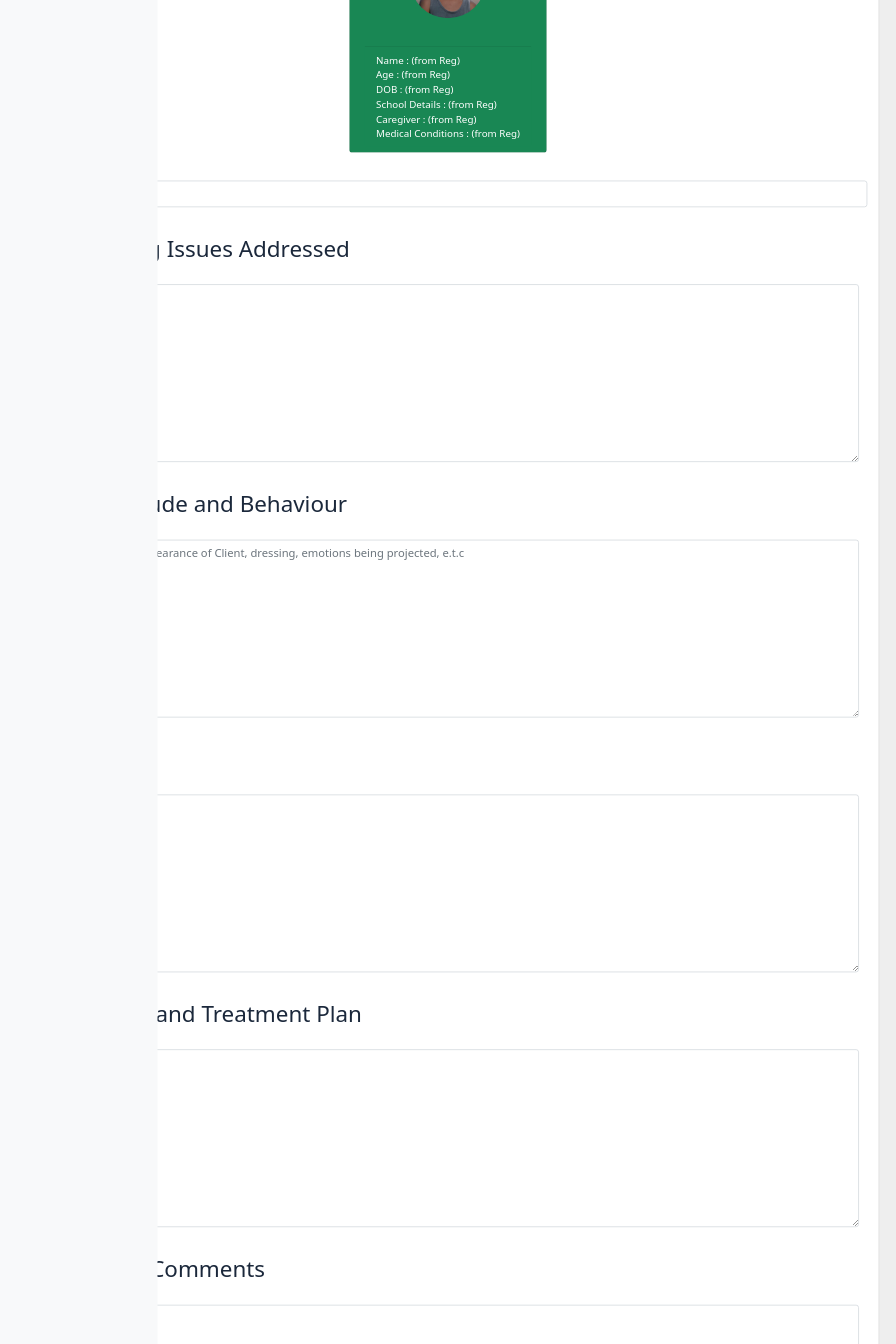
Repository: SRFtech/mis-designs
Page: counselling.html
An editor plug-in stored every save of this project. The page is shown before and after the next save, followed by the edit.
The browser window is 1280 px wide. The pictures show the part of the page from y = 580 to 2500 px (the page is 3045 px tall before and 3053 px after), at 70% of full size.

Above is the page before, as saved 2022-04-10 22:23:26.

After the next save:
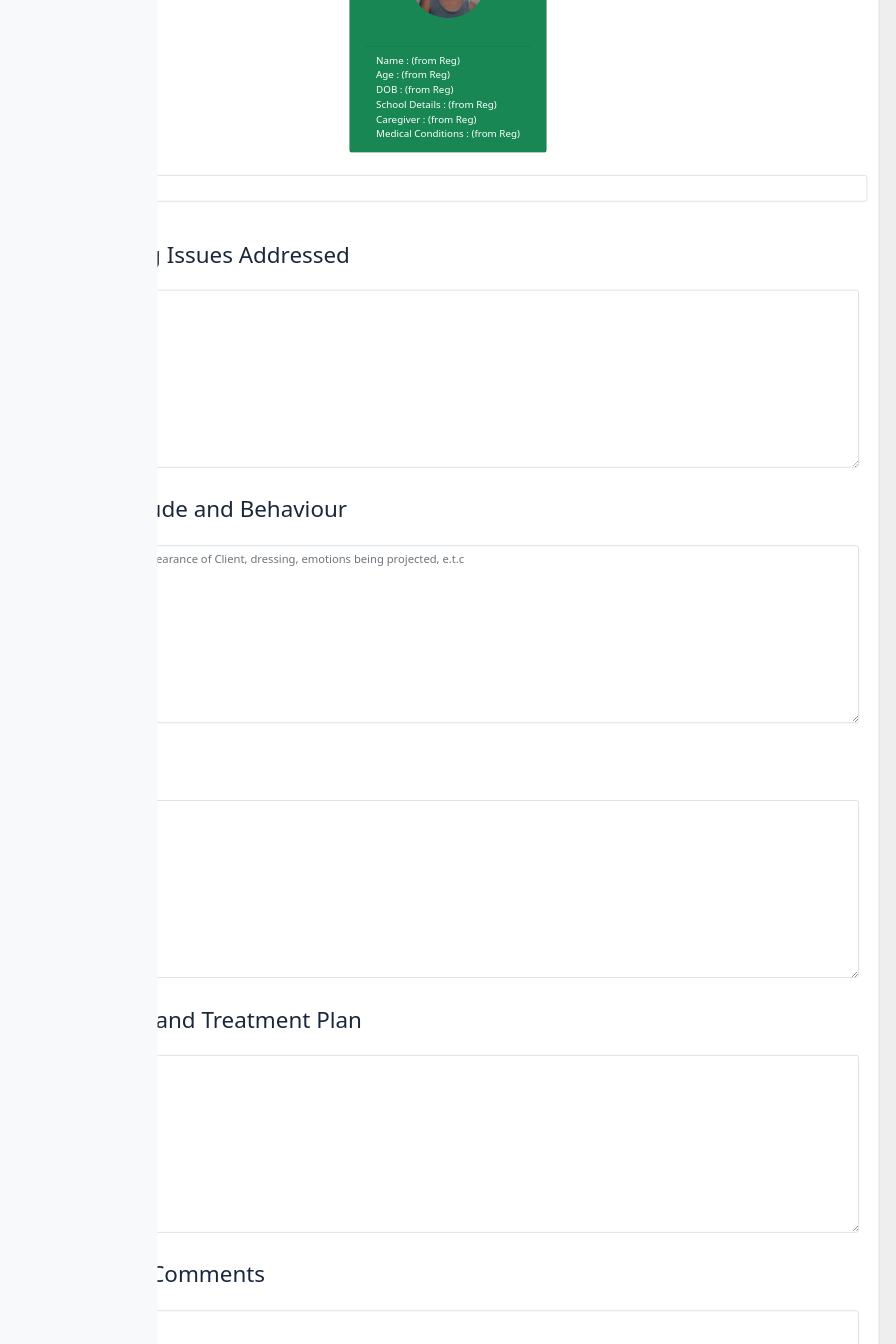
Saved 9 s later.
--- a/counselling.html
+++ b/counselling.html
@@ -192,8 +192,8 @@
                                                                     </div>
                                                                 </div>
                                                             </div>
-                                                            <div class="form-group pb-2 pt-2">
-                                                                <label for="formControlSelect2">Client type</label>
+                                                            <div class="form-group pb-4">
+                                                                <label for="formControlSelect2">Client</label>
                                                                 <select class="form-control" id="formControlSelect2">
                                                                     <option>Father</option>
                                                                     <option>Mother</option>
